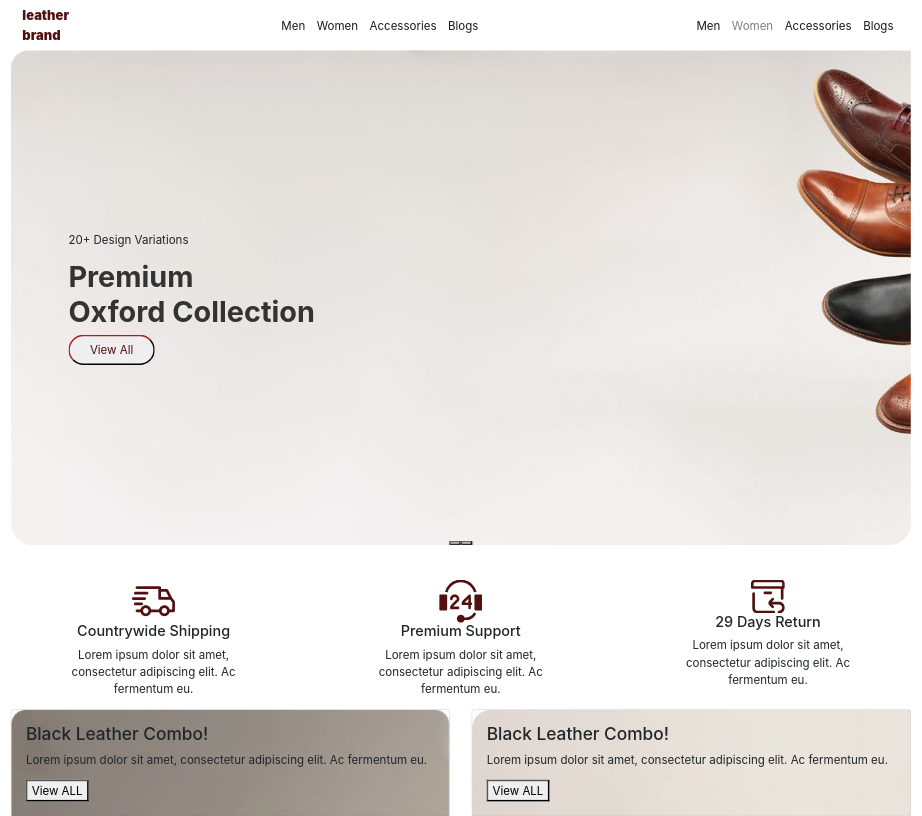
Repository: arif286/fashion-house
Page: /
These files come from the project's save history. The page is drawn as it stood at one moment and after the next save; the edit follows.
The browser window is 1280 px wide. The pictures show the whole page, at 72% of full size.
The project was rebuilt for these pictures with package versions that can differ from the ones it lists, and the page was loaded fresh each time. The framework's server and built-in components were replaced by stand-ins that run in the browser. Also part of the build but not shown: nuxt.config.js, components/Contact.vue, components/DisplayCollection.vue, components/Footer.vue, components/NuxtLogo.vue, components/Products.vue, components/Tutorial.vue.

Above is the page before, as saved 2021-07-12 05:11:50.

After the next save:
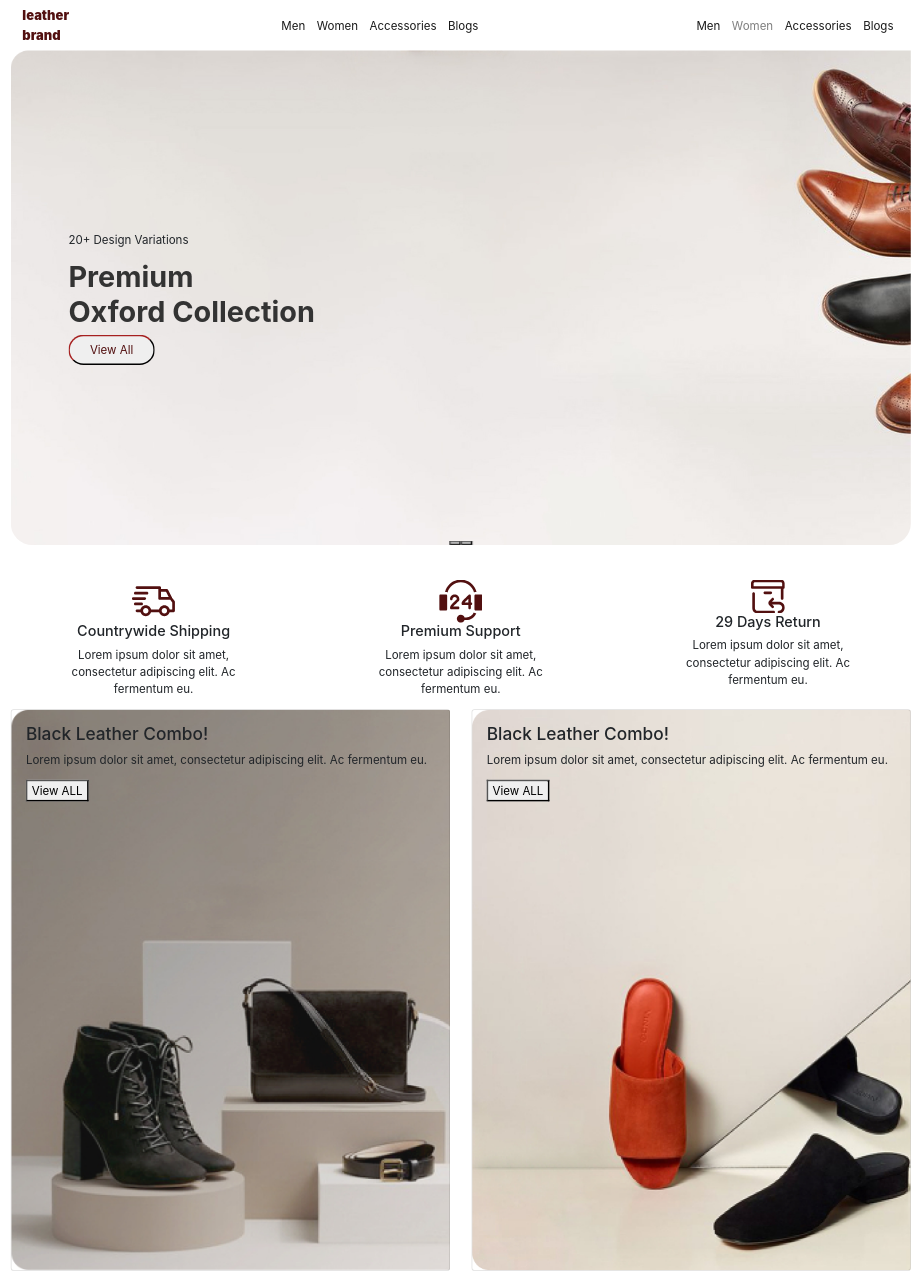
Saved 61 s later.
--- a/components/NewCollection.vue
+++ b/components/NewCollection.vue
@@ -26,11 +26,13 @@ export default {
 <style>
 .newArrival {
   background-image: url('@/assets/Images/newarrivals1.png');
-  background-repeat: no-repeat;
-  background-size: cover;
 }
 .promo {
   background-image: url('@/assets/Images/promo.png');
+}
+.card-content {
   background-repeat: no-repeat;
+  background-size: cover;
+  height: 780px;
 }
 </style>
